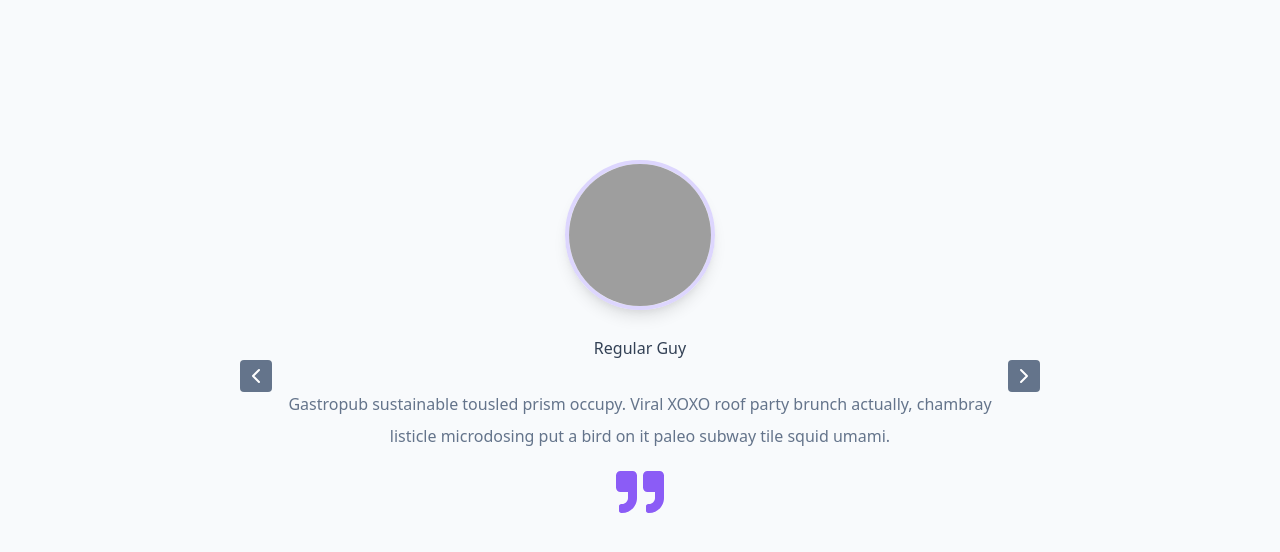
Repository: Maryie-B/React-Practice-Projects
Page: / (app in Slider/)
An editor plug-in stored every save of this project. The page is shown before and after the next save, followed by the edit.
The browser window is 1280 px wide. The pictures show the whole page.
Pictures or frames that could not be fetched are drawn as grey boxes. The project was rebuilt for these pictures with package versions that can differ from the ones it lists, and the page was loaded fresh each time. Also part of the build but not shown: Slider/vite.config.js.

Above is the page before, as saved 2023-06-08 12:57:24.

### Slider/src/App.jsx
import Carousel from "./Carousel";



const App = () => {
  return (
    <main>
      <Carousel />
    </main>
  );
};
export default App;

### Slider/src/Carousel.jsx
import React, { useState } from 'react'
import {shortList, list, longList} from './data';
import { FaQuoteRight } from 'react-icons/fa';
import { FiChevronLeft, FiChevronRight } from 'react-icons/fi';


const Carousel = () => {
    const [people, setPeople] = useState(list);
    const [currentPerson, setCurrentPerson] = useState(1);

    const prevSlide = () => {};
    const nextSlide = () => {};

  return (
    <section className='slider-container' >
      {people.map((person, personIndex) => {
        const { id, image, title, quote } = person;
        return <article className="slide" style={{transform: `translateX(${100 * (personIndex - currentPerson)}%)`}} key={id} >
            <img src={image} alt={name} className='person-img'/>
            <h5 className="name">{name}</h5>
            <p className="title">{title}</p>
            <p className="text">{quote}</p>
            <FaQuoteRight className='icon' />
        </article>
      })}
      <button className="prev" type='button' onClick={prevSlide} >
        <FiChevronLeft />
      </button>
      <button className="next" type='button' onClick={nextSlide} >
        <FiChevronRight />
      </button>
    </section>
  )
}

export default Carousel

### Slider/src/data.js
export const shortList = [
  {
    id: 1,
    image:
      'https://res.cloudinary.com/diqqf3eq2/image/upload/v1595959131/person-2_ipcjws.jpg',
    name: 'maria ferguson',
    title: 'office manager',
    quote:
      'Fingerstache umami squid, kinfolk subway tile selvage tumblr man braid viral kombucha gentrify fanny pack raclette pok pok mustache.',
  },
];

export const list = [
  {
    id: 1,
    image:
      'https://res.cloudinary.com/diqqf3eq2/image/upload/v1595959131/person-2_ipcjws.jpg',
    name: 'maria ferguson',
    title: 'office manager',
    quote:
      'Fingerstache umami squid, kinfolk subway tile selvage tumblr man braid viral kombucha gentrify fanny pack raclette pok pok mustache.',
  },
  {
    id: 2,
    image:
      'https://res.cloudinary.com/diqqf3eq2/image/upload/v1586883417/person-3_ipa0mj.jpg',
    name: 'john doe',
    title: 'regular guy',
    quote:
      'Gastropub sustainable tousled prism occupy. Viral XOXO roof party brunch actually, chambray listicle microdosing put a bird on it paleo subway tile squid umami.',
  },
  {
    id: 3,
    image:
      'https://res.cloudinary.com/diqqf3eq2/image/upload/v1595959121/person-1_aufeoq.jpg',
    name: 'peter smith',
    title: 'product designer',
    quote:
      'Drinking vinegar polaroid street art echo park, actually semiotics next level butcher master cleanse hammock flexitarian ethical paleo.',
  },
  {
    id: 4,
    image:
      'https://res.cloudinary.com/diqqf3eq2/image/upload/v1586883334/person-1_rfzshl.jpg',
    name: 'susan andersen',
    title: 'the boss',
    quote:
      'Marfa af yr 3 wolf moon kogi, readymade distillery asymmetrical seitan kale chips fingerstache cloud bread mustache twee messenger bag. ',
  },
];

export const longList = [
  {
    id: 1,
    image:
      'https://res.cloudinary.com/diqqf3eq2/image/upload/v1595959131/person-2_ipcjws.jpg',
    name: 'maria ferguson',
    title: 'office manager',
    quote:
      'Fingerstache umami squid, kinfolk subway tile selvage tumblr man braid viral kombucha gentrify fanny pack raclette pok pok mustache.',
  },
  {
    id: 2,
    image:
      'https://res.cloudinary.com/diqqf3eq2/image/upload/v1586883417/person-3_ipa0mj.jpg',
    name: 'john doe',
    title: 'regular guy',
    quote:
      'Gastropub sustainable tousled prism occupy. Viral XOXO roof party brunch actually, chambray listicle microdosing put a bird on it paleo subway tile squid umami.',
  },
  {
    id: 3,
    image:
      'https://res.cloudinary.com/diqqf3eq2/image/upload/v1595959121/person-1_aufeoq.jpg',
    name: 'peter smith',
    title: 'product designer',
    quote:
      'Drinking vinegar polaroid street art echo park, actually semiotics next level butcher master cleanse hammock flexitarian ethical paleo.',
  },
  {
    id: 4,
    image:
      'https://res.cloudinary.com/diqqf3eq2/image/upload/v1586883334/person-1_rfzshl.jpg',
    name: 'susan andersen',
    title: 'the boss',
    quote:
      'Marfa af yr 3 wolf moon kogi, readymade distillery asymmetrical seitan kale chips fingerstache cloud bread mustache twee messenger bag. ',
  },
  {
    id: 5,
    image:
      'https://res.cloudinary.com/diqqf3eq2/image/upload/v1595959131/person-2_ipcjws.jpg',
    name: 'maria ferguson',
    title: 'office manager',
    quote:
      'Fingerstache umami squid, kinfolk subway tile selvage tumblr man braid viral kombucha gentrify fanny pack raclette pok pok mustache.',
  },
  {
    id: 6,
    image:
      'https://res.cloudinary.com/diqqf3eq2/image/upload/v1586883417/person-3_ipa0mj.jpg',
    name: 'john doe',
    title: 'regular guy',
    quote:
      'Gastropub sustainable tousled prism occupy. Viral XOXO roof party brunch actually, chambray listicle microdosing put a bird on it paleo subway tile squid umami.',
  },
  {
    id: 7,
    image:
      'https://res.cloudinary.com/diqqf3eq2/image/upload/v1595959121/person-1_aufeoq.jpg',
    name: 'peter smith',
    title: 'product designer',
    quote:
      'Drinking vinegar polaroid street art echo park, actually semiotics next level butcher master cleanse hammock flexitarian ethical paleo.',
  },
  {
    id: 8,
    image:
      'https://res.cloudinary.com/diqqf3eq2/image/upload/v1586883334/person-1_rfzshl.jpg',
    name: 'susan andersen',
    title: 'the boss',
    quote:
      'Marfa af yr 3 wolf moon kogi, readymade distillery asymmetrical seitan kale chips fingerstache cloud bread mustache twee messenger bag. ',
  },
];

Loaded but not shown: Slider/index.html (common file); Slider/src/main.jsx (common file); Slider/src/index.css (common file)

After the next save:
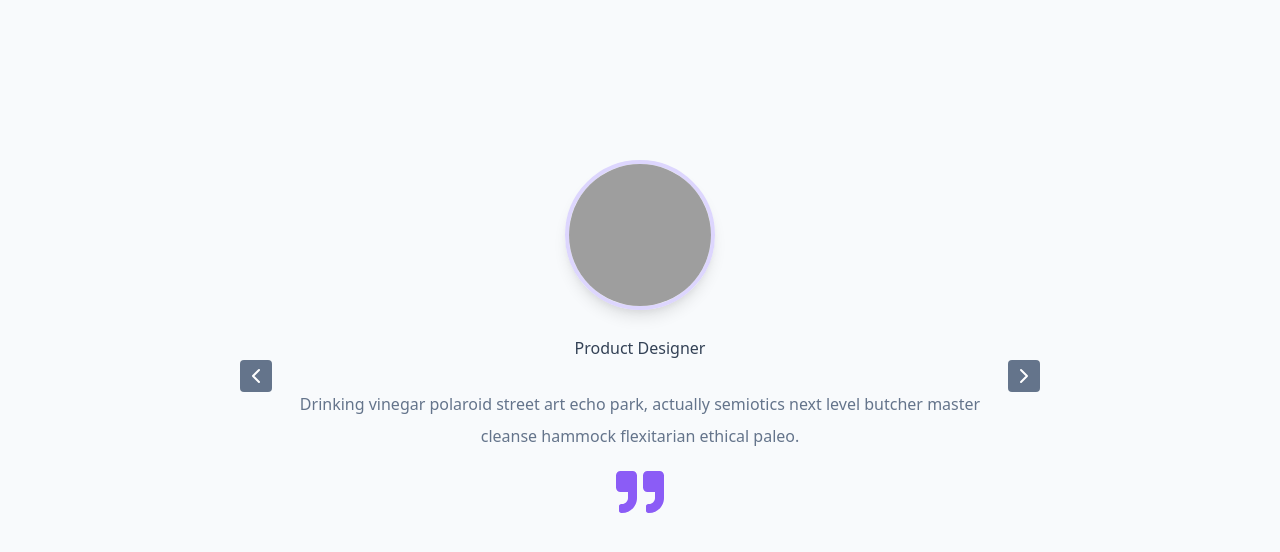
Saved 8 s later.
--- a/Slider/src/Carousel.jsx
+++ b/Slider/src/Carousel.jsx
@@ -6,7 +6,7 @@ import { FiChevronLeft, FiChevronRight } from 'react-icons/fi';
 
 const Carousel = () => {
     const [people, setPeople] = useState(list);
-    const [currentPerson, setCurrentPerson] = useState(1);
+    const [currentPerson, setCurrentPerson] = useState(2);
 
     const prevSlide = () => {};
     const nextSlide = () => {};
